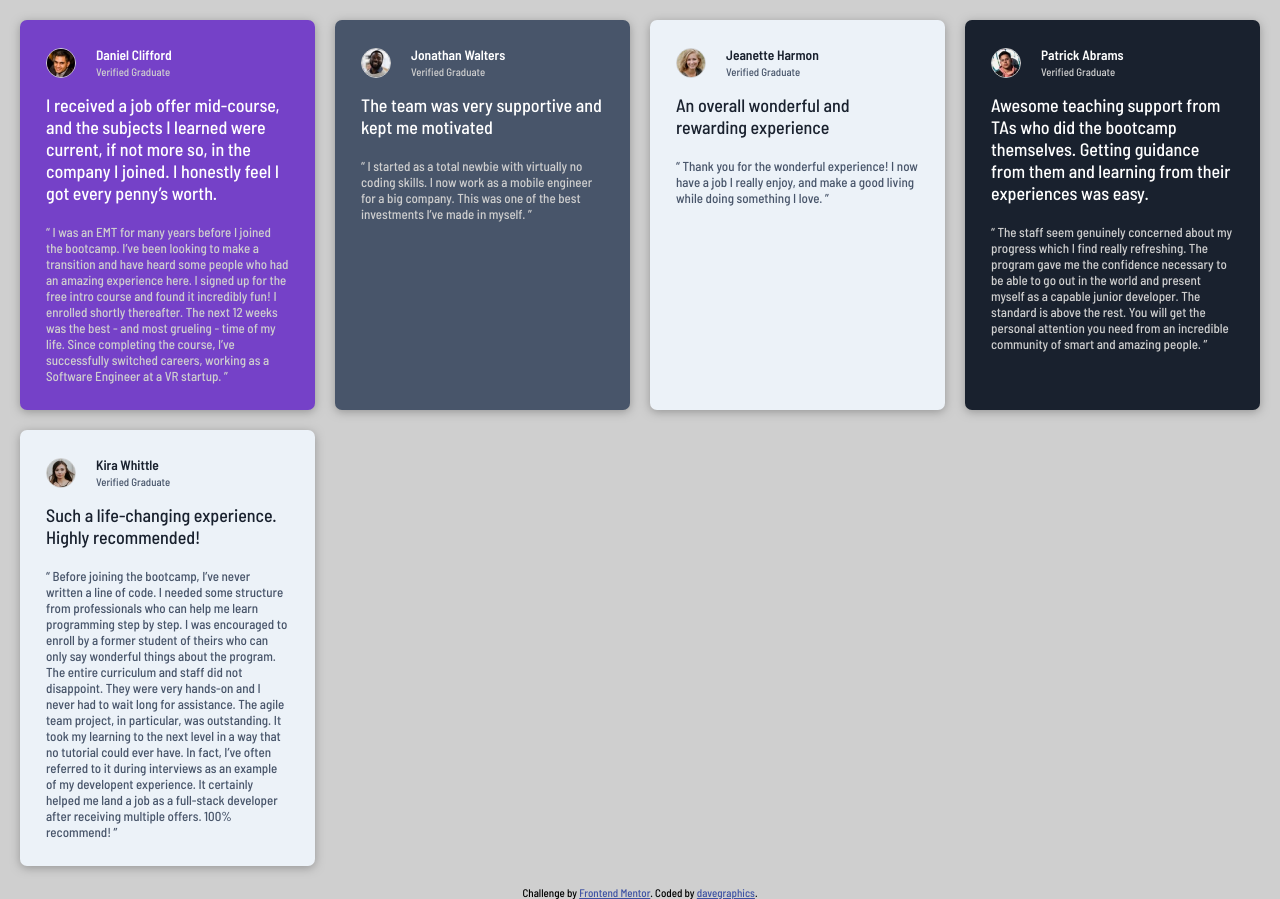
Repository: DejV44/testimonials_grid_section_main
Page: index.html
These files come from the project's save history. The page is drawn as it stood at one moment and after the next save; the edit follows.
The browser window is 1280 px wide. The pictures show the whole page.
The style sheet was rebuilt from its Sass, Less or Tailwind sources for each picture, by a compiler version that may differ from the author's.

Above is the page before, as saved 2021-07-15 19:37:32.

After the next save:
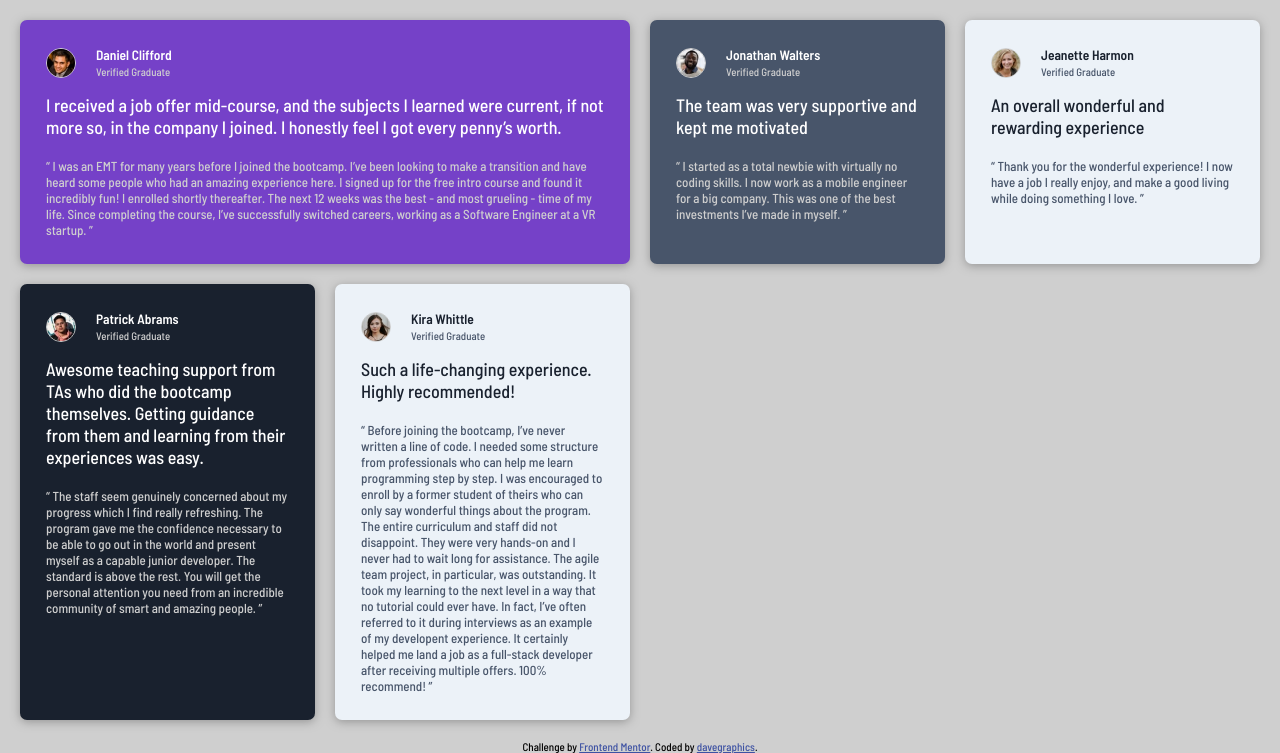
Saved 4 min 5 s later.
--- a/css/style.scss
+++ b/css/style.scss
@@ -125,6 +125,11 @@ body {
 @media (min-width: 1280px) {
     .container {
         grid-template-columns: repeat(4, 1fr);
+        .cards {
+            &.violet {
+                grid-column: 1/3;
+            }
+        }
     }
 }
 
